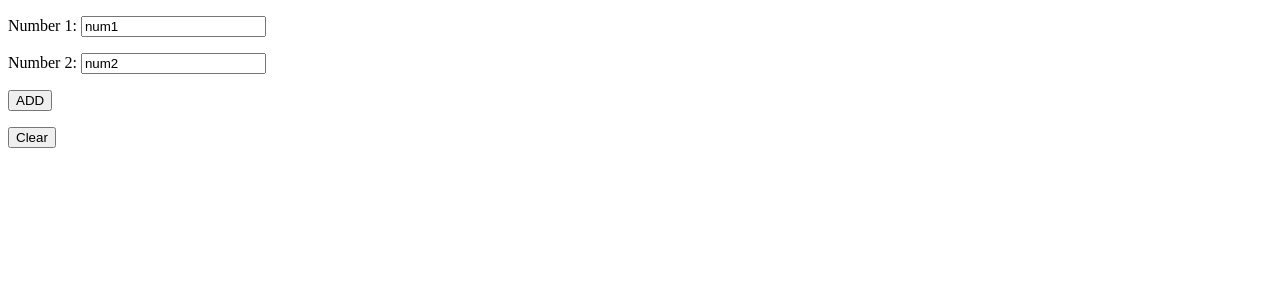
Repository: GuptaReena/Java-Spring
Page: AddWebProject/src/main/webapp/Add.html
The author's editor kept a copy of each file at every save. The page is drawn from the files as they stood at one save, then again after the next save.
The browser window is 1280 px wide. The pictures show the whole page.

Above is the page before, as saved 2024-07-12 10:03:26.

### AddWebProject/src/main/webapp/Add.html
<!DOCTYPE html>
<html>
<head>
<meta charset="UTF-8">
<title>ADD</title>
</head>
<body>

	<form>
		<p>Number 1: <input type="text" value="num1" placeholder="Enter First Number"></p>
		<p>Number 2: <input type="text" value="num2" placeholder="Enter Second Number"></p>

		<p><button value="submit">ADD</button> <p><button value="reset">Clear</button></p></p>

	</form>


</body>
</html>

After the next save:
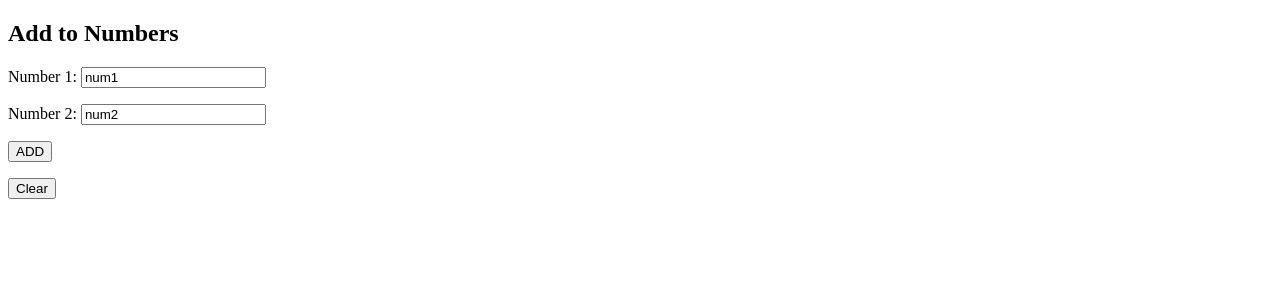
Saved 20 s later.
--- a/AddWebProject/src/main/webapp/Add.html
+++ b/AddWebProject/src/main/webapp/Add.html
@@ -7,6 +7,8 @@
 <body>
 
 	<form>
+
+		<h2>Add to Numbers</h2>
 		<p>Number 1: <input type="text" value="num1" placeholder="Enter First Number"></p>
 		<p>Number 2: <input type="text" value="num2" placeholder="Enter Second Number"></p>
 
